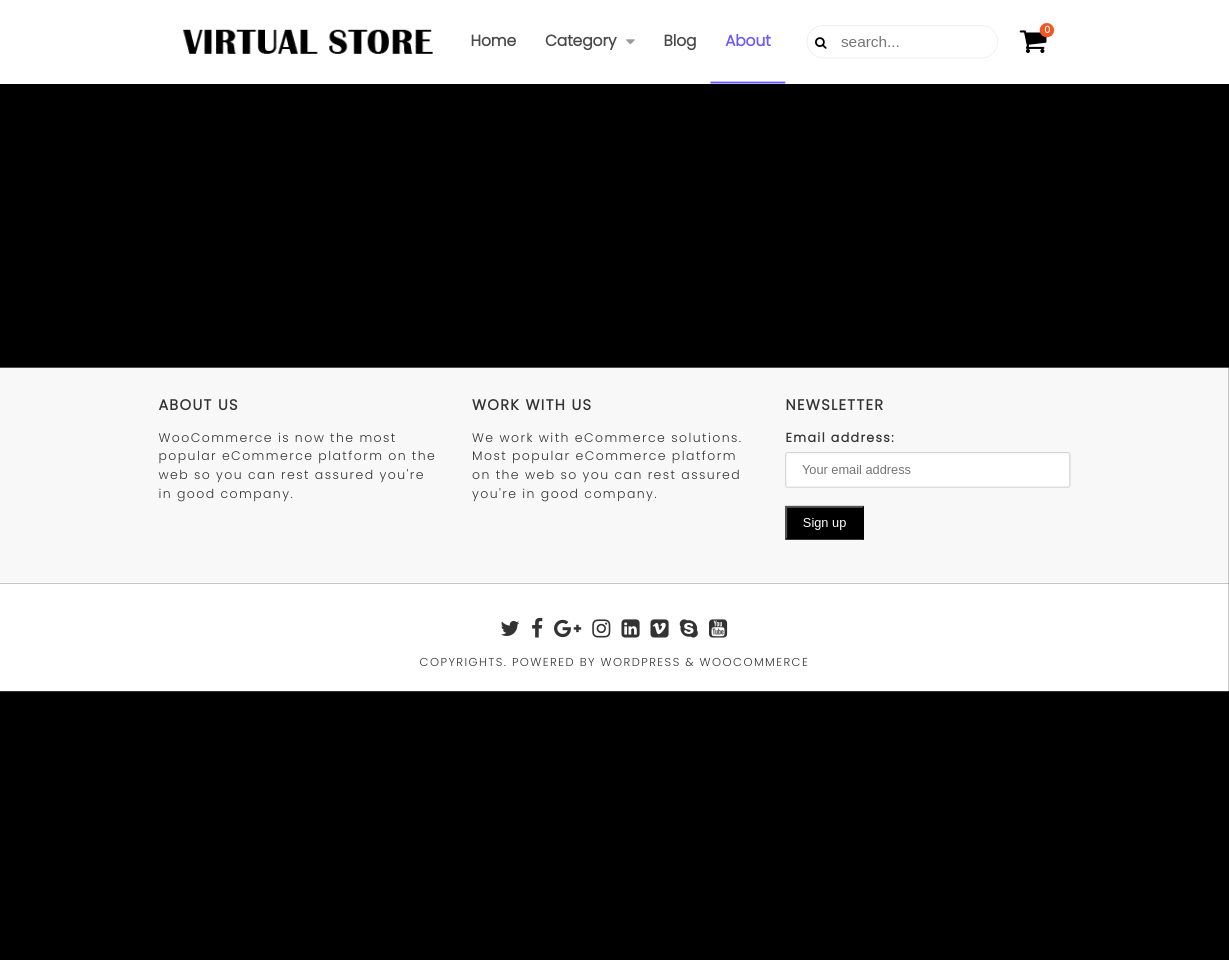
Repository: dungle03/tke_web_nhom_15
Page: Blog/index.html
These files come from the project's save history. The page is drawn as it stood at one moment and after the next save; the edit follows.
The browser window is 1280 px wide. The pictures show the whole page, at 96% of full size.

Above is the page before, as saved 2022-09-14 00:44:27.
Not found: Blog/resest.css

After the next save:
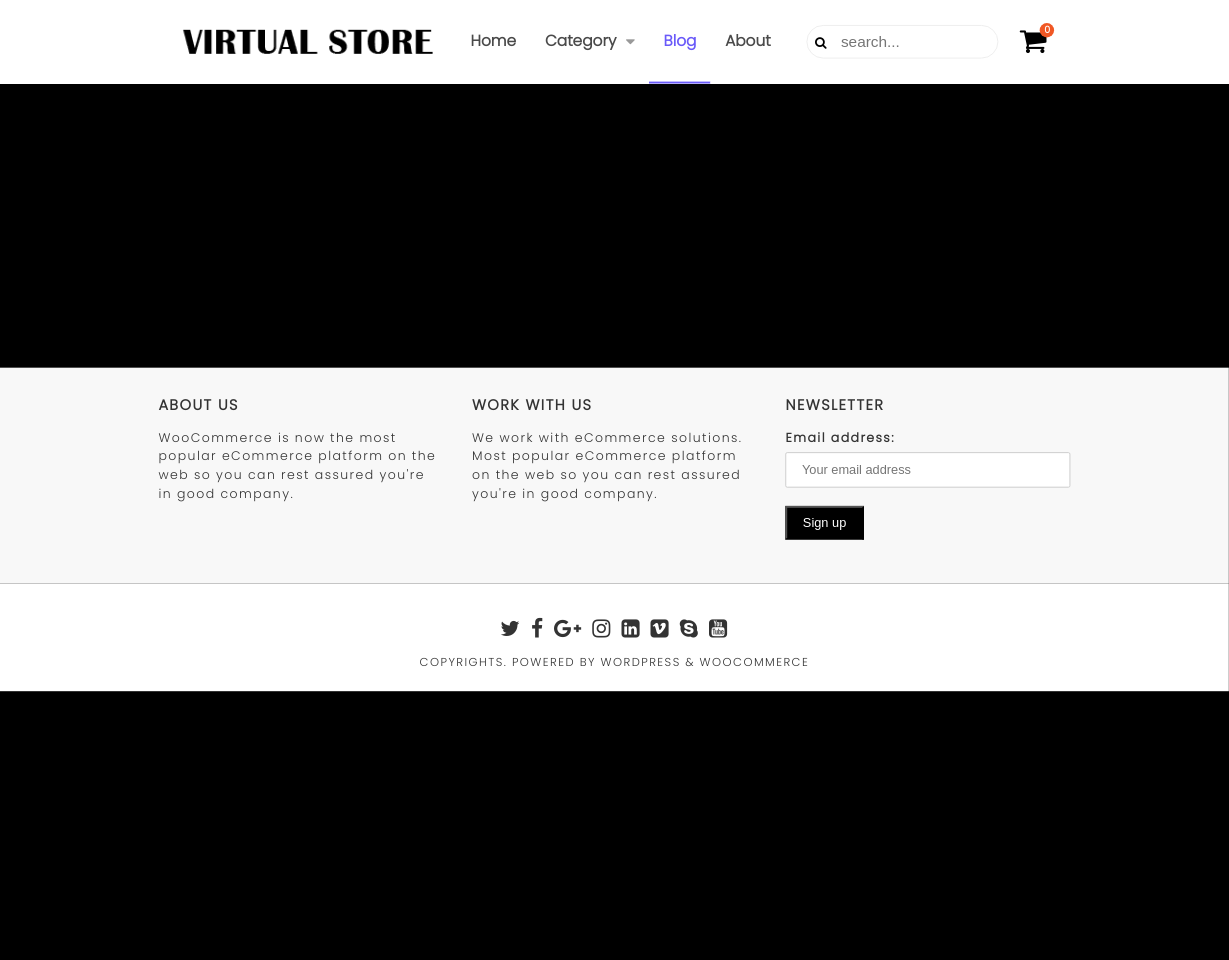
Saved 70 s later.
--- a/Blog/index.html
+++ b/Blog/index.html
@@ -43,9 +43,9 @@
                         </ul>
                     </div>
                 </li>
-                <li class="item"><a href="#" class="blog">Blog</a>
+                <li class="item active"><a href="#" class="blog">Blog</a>
                 </li>
-                <li class="item active"><a href="#" class="about">About</a>
+                <li class="item"><a href="#" class="about">About</a>
                 </li>
             </ul>
             <div class="wrap-search">
